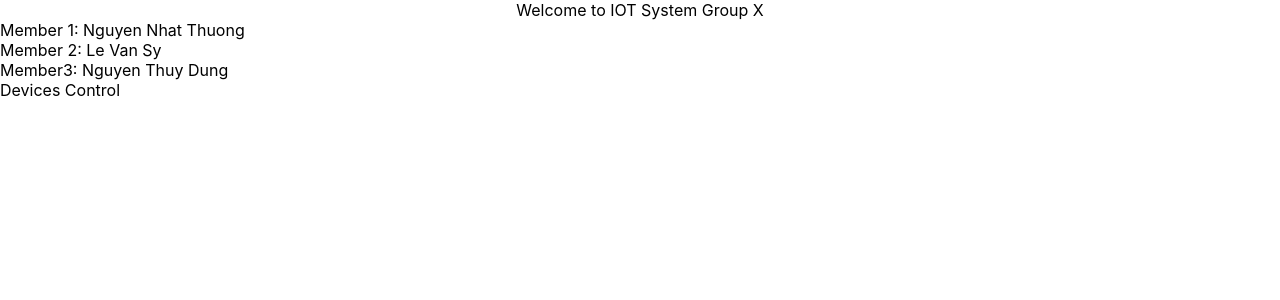
Repository: ngnhthuong/IOT_LAB
Page: /
An editor plug-in stored every save of this project. The page is shown before and after the next save, followed by the edit.
The browser window is 1280 px wide. The pictures show the whole page.
The project was rebuilt for these pictures with package versions that can differ from the ones it lists, and the page was loaded fresh each time.

Above is the page before, as saved 2024-04-23 14:27:37.

After the next save:
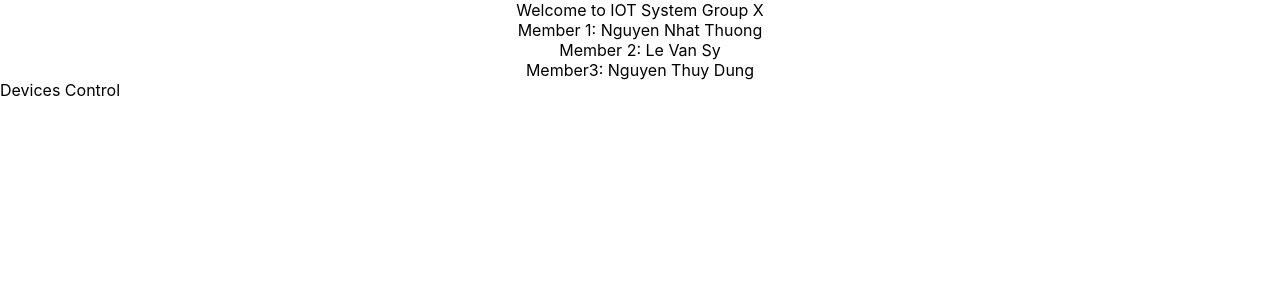
Saved 10 s later.
--- a/src/App.css
+++ b/src/App.css
@@ -15,5 +15,5 @@
 
 .member{
   display: flex;
-  align-items: center;
+  justify-content: center;
 }
